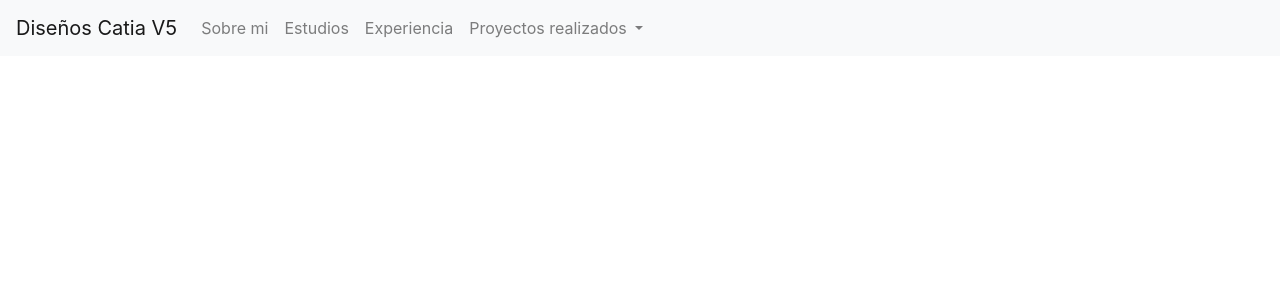
Repository: Hrotgarion1/jose
Page: catia.html
The author's editor kept a copy of each file at every save. The page is drawn from the files as they stood at one save, then again after the next save.
The browser window is 1280 px wide. The pictures show the whole page.

Above is the page before, as saved 2020-09-30 06:38:48.

### catia.html
<!DOCTYPE html>
<html lang="en">
<head>
    <meta charset="UTF-8">
    <meta name="viewport" content="width=device-width, user-scalable=no, initial-scale=1.0, maximum-scale=1.0, minimum-scale=1.0">
    <title>josenunez.eu</title>
    <meta name="jose p nunez" content="">
    <link rel="stylesheet" href="css/bootstrap.min.css">
    <!-- Favicon -->
    <link rel="shortcut icon" href="img/LogoPuntaDeLanza.png">
</head>
<body>
    <!--Navegador responsive de la web-->
    <nav class="navbar navbar-expand-lg navbar-light bg-light">
        <a class="navbar-brand" href="../jose/index.html">Diseños Catia V5</a>
        <button class="navbar-toggler" type="button" data-toggle="collapse" data-target="#navbarNavDropdown" aria-controls="navbarNavDropdown" aria-expanded="false" aria-label="Toggle navigation">
          <span class="navbar-toggler-icon"></span>
        </button>

        <div class="collapse navbar-collapse" id="navbarNavDropdown">
          <ul class="navbar-nav">
            <li class="nav-item">
              <a class="nav-link" href="#">Sobre mi <span class="sr-only">(current)</span></a>
            </li>
            <li class="nav-item">
              <a class="nav-link" href="#">Estudios</a>
            </li>
            <li class="nav-item">
              <a class="nav-link" href="#">Experiencia</a>
            </li>
            <li class="nav-item dropdown">
              <a class="nav-link dropdown-toggle" href="#" id="navbarDropdownMenuLink" role="button" data-toggle="dropdown" aria-haspopup="true" aria-expanded="false">
                Proyectos realizados
              </a>
              <div class="dropdown-menu" aria-labelledby="navbarDropdownMenuLink">
                <a class="dropdown-item" href="../jose/solid.html">Diseños con SolidWorks</a>
                <a class="dropdown-item" href="../jose/catia.html">Diseños con Catia V5</a>
                <a class="dropdown-item" href="../jose/projects.html">Proyectos realizados</a>
                <a class="dropdown-item" href="../jose/video.html">Videos</a>
              </div>
            </li>
          </ul>
        </div>
      </nav>

      <!--Imagen principal-->

    <script src="js/jquery-3.5.1.min.js"></script>
    <script src="js/bootstrap.min.js"></script>



</body>
</html>

Loaded but not shown: css/bootstrap.min.css (library); js/jquery-3.5.1.min.js (library); js/bootstrap.min.js (library)

After the next save:
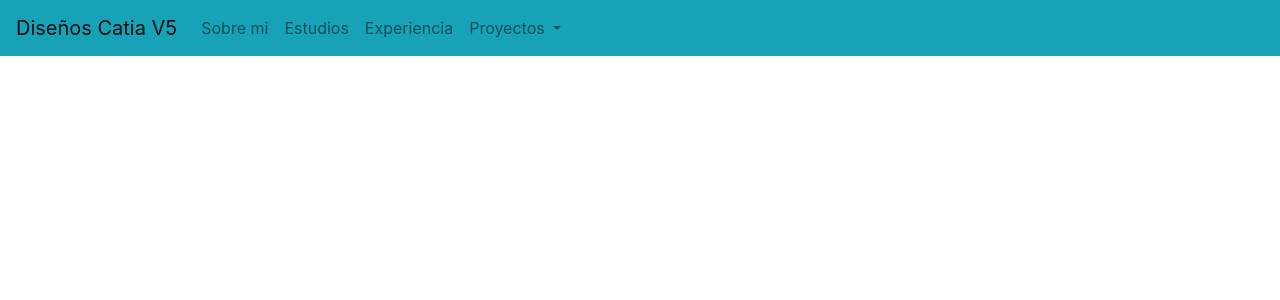
Saved 5 min 12 s later.
--- a/catia.html
+++ b/catia.html
@@ -11,7 +11,7 @@
 </head>
 <body>
     <!--Navegador responsive de la web-->
-    <nav class="navbar navbar-expand-lg navbar-light bg-light">
+    <nav class="navbar navbar-expand-lg navbar-light bg-info">
         <a class="navbar-brand" href="../jose/index.html">Diseños Catia V5</a>
         <button class="navbar-toggler" type="button" data-toggle="collapse" data-target="#navbarNavDropdown" aria-controls="navbarNavDropdown" aria-expanded="false" aria-label="Toggle navigation">
           <span class="navbar-toggler-icon"></span>
@@ -20,22 +20,22 @@
         <div class="collapse navbar-collapse" id="navbarNavDropdown">
           <ul class="navbar-nav">
             <li class="nav-item">
-              <a class="nav-link" href="#">Sobre mi <span class="sr-only">(current)</span></a>
+              <a class="nav-link" href="../jose/index.html#sobre">Sobre mi <span class="sr-only">(current)</span></a>
             </li>
             <li class="nav-item">
-              <a class="nav-link" href="#">Estudios</a>
+              <a class="nav-link" href="../jose/index.html#cv">Estudios</a>
             </li>
             <li class="nav-item">
-              <a class="nav-link" href="#">Experiencia</a>
+              <a class="nav-link" href="../jose/index.html#exp">Experiencia</a>
             </li>
             <li class="nav-item dropdown">
               <a class="nav-link dropdown-toggle" href="#" id="navbarDropdownMenuLink" role="button" data-toggle="dropdown" aria-haspopup="true" aria-expanded="false">
-                Proyectos realizados
+                Proyectos
               </a>
-              <div class="dropdown-menu" aria-labelledby="navbarDropdownMenuLink">
+              <div class="dropdown-menu bg-info" aria-labelledby="navbarDropdownMenuLink">
                 <a class="dropdown-item" href="../jose/solid.html">Diseños con SolidWorks</a>
                 <a class="dropdown-item" href="../jose/catia.html">Diseños con Catia V5</a>
-                <a class="dropdown-item" href="../jose/projects.html">Proyectos realizados</a>
+                <a class="dropdown-item" href="../jose/projects.html">Proyectos de construcción dirigidos</a>
                 <a class="dropdown-item" href="../jose/video.html">Videos</a>
               </div>
             </li>
